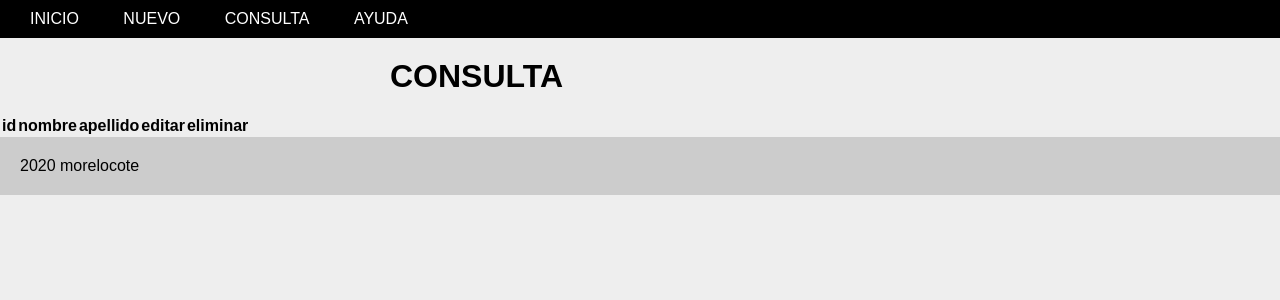
Repository: edgarhdzp/crud-php-poo-mvc-ajax
Page: http://localhost/poomvc/consulta
These files come from the project's save history. The page is drawn as it stood at one moment and after a run of saves; the edit follows.
The browser window is 1280 px wide. The pictures show the whole page.
The page is run by PHP 8.4 with error messages shown; the project is at /var/www/html/. Queries for data that is not in the repository find no rows.

Above is the page before, as saved 2020-06-25 18:15:17.

### index.php
<?php

require_once 'libs/controller.php';
require_once 'libs/model.php';
require_once 'libs/view.php';
require_once 'libs/app.php';
require_once 'libs/database.php';
require_once 'config/config.php';

$new = new App();

?>

### libs/controller.php
<?php
//clase padre
class Controller{
    function __construct(){
        //indicamos que se cree una nueva vista para un controlador
        $this->view = new View();

    }

    function loadModel($model){
        $url = 'models/'.$model.'model.php';

        if(file_exists($url)){
            require $url;

            $modelName = $model.'Model';
            $this->model = new $modelName();
        }
    }
}

?>

### libs/model.php
<?php

class Model{
    function __construct(){
        $this->db = new Database();

    }
}

?>

### libs/view.php
<?php
//vista madre
class View{
    function __construct(){
    }
    //esta funcion hace el redireccionamiento
    function render($nombre){
        //indicamos la ubicacion y nombre del archivo
        require 'views/' . $nombre . '.php';
    }
}

?>

### libs/app.php
<?php

//archivo de error
require_once 'controllers/error.php';

class App{
    function __construct(){
        //la varible urlsera igual a la url que declaramos en htaccess y en acces es todo el valor que ingrese
        $url = $_GET['url'];
        //aqui con xtrim retiramos los / que no necesitamos en la url
        $url = rtrim($url, '/');
        //buscamos nuestro separador / esto nos devuelve un arreglo
        $url = explode('/', $url);
        //validamos si despues denuestro primer / no hay nada entonces que nos redireccione a main
        if(empty($url[0])){
            $archivoController = 'controllers/main.php';
            require_once $archivoController;
            $controller = new Main();
            $controller->loadModel('main');
            $controller->render();

            return false;
        }
        //declaramos nuestra variable que sera igual a la ubicacion de controlador y url es igual a la clase
        $archivoController = 'controllers/' . $url[0] . '.php';
        //verificmos que el archivo exista
        if(file_exists($archivoController)){
            require_once $archivoController;
            //mandamos llamar nuestra clase que de acuerdo al arreglo sera la posicion 0
            $controller = new $url[0];
            $controller->loadModel($url[0]);

            $nparam = sizeof($url);

            if($nparam >1){
                if($nparam >2){
                    $param = [];
                    for($i = 2; $i<$nparam; $i++ ){
                        array_push($param,$url[$i]);
                    }
                    $controller->{$url[1]}($param);
                }else{
                    $controller->{$url[1]}();

                }
            }else{
                $controller->render();
            }
            }else{
                $controller = new Fail();
                //si no existe se ejecutara el controlador error
            }
        }
    }

?>

### controllers/error.php
<?php

class Fail extends Controller{
    function __construct(){
        parent::__construct();
        $this->view->mensaje ="valio verga no estas viendo";
        $this->view->render('error/index');
    }
}

?>

### libs/database.php
<?php

class Database{
    private $host;
    private $db;
    private $user;
    private $password;
    private $charset;

    public function __construct(){
        $this->host = constant('HOST');
        $this->db = constant('DB');
        $this->user = constant('USER');
        $this->password = constant('PASSWORD');
        $this->charset = constant('CHARSET');

    }
    function connect(){
        try{
            $conexion = "mysql:host=".$this->host.";dbname=".$this->db.";charset=".$this->charset;
            $options = [
                PDO::ATTR_ERRMODE  => PDO::ERRMODE_EXCEPTION,
                PDO::ATTR_EMULATE_PREPARES => false,
            ];
            $pdo = new PDO ($conexion, $this->user, $this->password, $options);
            return $pdo;

        }catch(PDOException $e){
            print_r('error no se conecto loco: ' . $e->getMessage());
        }
    }
}

?>

### config/config.php
<?php

define('URL', 'http://localhost:8888/poomvc/');

define('HOST','localhost');
define('DB','tasks-app');
define('USER','root');
define('PASSWORD','root');
define('CHARSET','utf8mb4');


?>

### controllers/consulta.php
<?php

class Consulta extends Controller{
    function __construct(){
        parent::__construct();
        $this->view->alumnos = [];
    }
    function render(){
        $alumnos = $this->model->get();
        $this->view->alumnos = $alumnos;
        $this->view->render('consulta/index');

    }

    function verAlumno($param = null){
        $idAlumno = $param[0];
        $alumno =$this->model->getById($idAlumno);


    }
    function actualizarAlumno(){}
    function eliminarAlumno(){}
}

?>

### models/consultamodel.php
<?php

include_once 'models/alumno.php';

class ConsultaModel extends Model{

    public function __construct(){
        parent::__construct();
    }
    public function Get(){
        $items = [];

        try{
            $query = $this->db->connect()->query("SELECT * FROM task");
            while($row = $query->fetch()){
                $item = new Alumno();
                $item->id = $row['id'];
                $item->nombre = $row['nombre'];
                $item->apellido =$row['apellido'];

                array_push($items, $item);
            }
            return $items;
        }catch(PDOException $e){
            return [];
        }
    }
}

?>

### models/alumno.php
<?php

class Alumno{

    public $id;
    public $nombre;
    public $apellido;
}

?>

### views/consulta/index.php
<!DOCTYPE html>
<html lang="en">
<head>
    <meta charset="UTF-8">
    <meta name="viewport" content="width=device-width, initial-scale=1.0">
    <title>Document</title>
</head>
<body>

<?php require 'views/header.php'; ?>

<div id="main">
<h1>CONSULTA</h1>
</div>

<table>
<thead>
<tr>
<th>id</th>
<th>nombre</th>
<th>apellido</th>
<th>editar</th>
<th>eliminar</th>
</tr>
</thead>
<tbody>
<?php
include_once 'models/alumno.php';
foreach($this->alumnos as $row){
    $alumno = new Alumno();
    $alumno = $row;
 ?>

<tr>
<td><?php echo $alumno->id ?></td>
<td><?php echo $alumno->nombre ?></td>
<td><?php echo $alumno->apellido ?></td>
<td><a href="<?php echo constant('URL'). 'consulta/verAlumno/' . $alumno->id?>">editar</a></td>
<td><a href="<?php echo constant('URL'). 'consulta/eliminarAlumno/' . $alumno->id?>">eliminar</a></td>
</tr>
<?php } ?>
</tbody>
</table>

<?php require 'views/footer.php'; ?>

</body>
</html>

### views/header.php
<!DOCTYPE html>
<html lang="en">
<head>
    <meta charset="UTF-8">
    <meta name="viewport" content="width=device-width, initial-scale=1.0">
    <link rel="stylesheet" href="<?php echo constant('URL');?>public/css/style.css">
    <title></title>
</head>
<body>
    <div id="header">
    <ul>
    <li><a href="<?php echo constant('URL');?>main">INICIO</a></li>
    <li><a href="<?php echo constant('URL');?>nuevo">NUEVO</a></li>
    <li><a href="<?php echo constant('URL');?>consulta">CONSULTA</a></li>
    <li><a href="<?php echo constant('URL');?>ayuda">AYUDA</a></li>
    </ul>
    </div>
</body>
</html>

### views/footer.php
<div id="footer">
2020 morelocote
</div>

### public/css/style.css
* {
    margin: 0;
    padding: 0;
}

body {
    font-family: Arial, Helvetica, sans-serif;
    background-color: #eee;
}

#header {
    background-color: black;
    padding: 10px;
}

#header ul li {
    list-style: none;
    display: inline;
    padding: 10px;
}

#header ul li a {
    color: white;
    text-decoration: none;
    padding: 10px;
}

#footer {
    background-color: #ccc;
    padding: 20px;
}

#main {
    padding: 20px 0;
    width: 500px;
    margin: 0 auto;
}

After the next 2 saves:
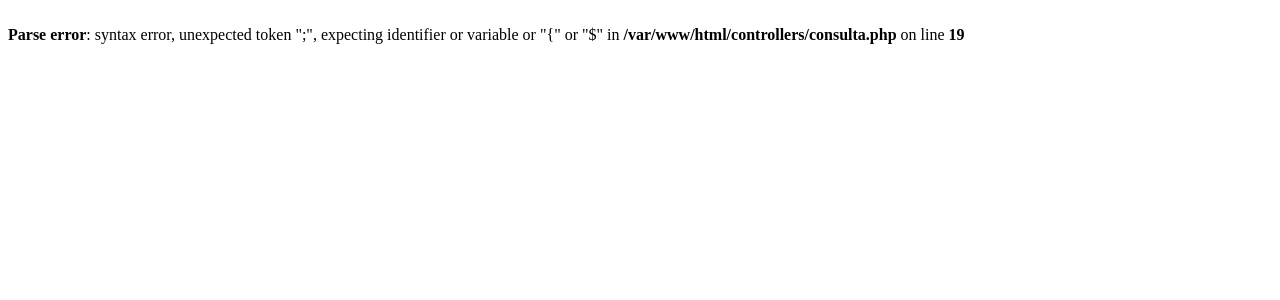
The 2 saves are shown as one change because they came seconds apart.
The last was saved 9 s later.
--- a/controllers/consulta.php
+++ b/controllers/consulta.php
@@ -16,7 +16,7 @@
         $idAlumno = $param[0];
         $alumno =$this->model->getById($idAlumno);
 
-
+        $this->view->;
     }
     function actualizarAlumno(){}
     function eliminarAlumno(){}

After the save that followed:
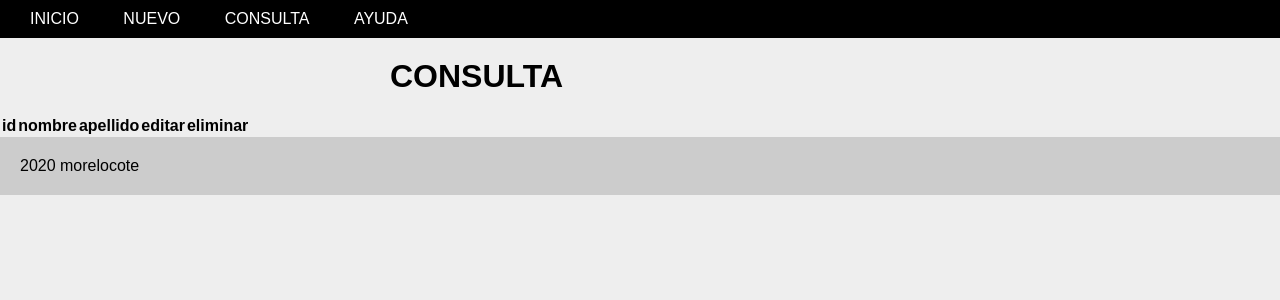
Saved 4 s later.
--- a/controllers/consulta.php
+++ b/controllers/consulta.php
@@ -16,7 +16,7 @@
         $idAlumno = $param[0];
         $alumno =$this->model->getById($idAlumno);
 
-        $this->view->;
+        $this->view->alu;
     }
     function actualizarAlumno(){}
     function eliminarAlumno(){}
